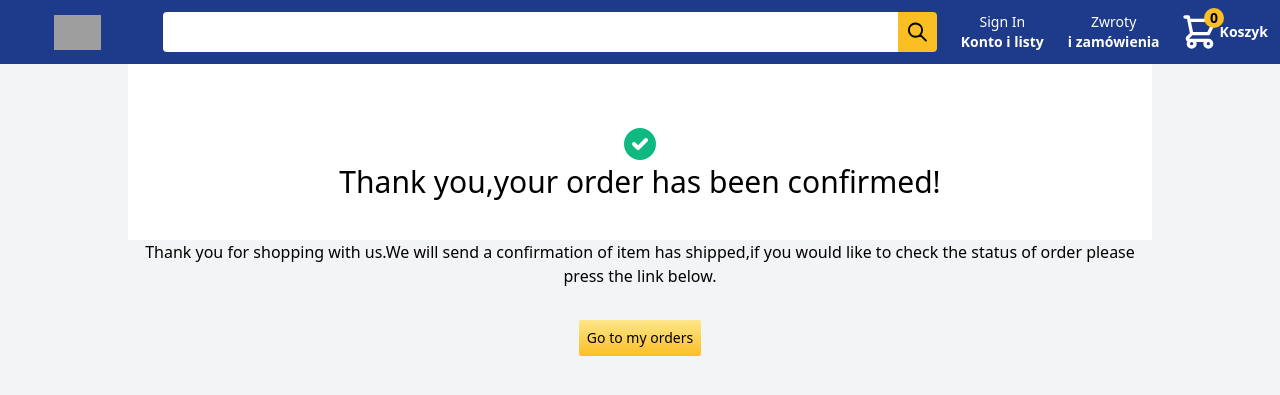
Repository: neridanek/amazon-clone-nextjs-redux-tailwind
Page: /success
These files come from the project's save history. The page is drawn as it stood at one moment and after the next save; the edit follows.
The browser window is 1280 px wide. The pictures show the whole page.
Pictures or frames that could not be fetched are drawn as grey boxes. The page's requests for data from a server got no answer. The project was rebuilt for these pictures with package versions that can differ from the ones it lists, and the page was loaded fresh each time. The framework's server and built-in components were replaced by stand-ins that run in the browser. No one was signed in, and anything a server would have sent is missing. Also part of the build but not shown: next.config.js.

Above is the page before, as saved 2022-02-13 21:38:30.

### pages/success.js
import React from 'react';
import { useRouter } from 'next/router';
import Header from '../src/components/Header';
import { CheckCircleIcon } from '@heroicons/react/solid';
const success = () => {
  const router = useRouter();
  return (
    <div className="bg-gray-100 h-screen text-center">
      <Header />
      <main className="max-w-screen-lg mx-auto">
        <div className="flex flex-col p-10 bg-white">
          <div className="flex items-center space-x-2 mb-5"></div>
          <CheckCircleIcon className="text-green-500 h-10" />
          <h1 className="text-3xl">Thank you,your order has been confirmed!</h1>
        </div>
        <p>
          Thank you for shopping with us.We will send a confirmation of item has
          shipped,if you would like to check the status of order please press
          the link below.
        </p>
        <button onClick={() => router.push('/orders')} className="button mt-8">
          Go to my orders
        </button>
      </main>
    </div>
  );
};

export default success;

### styles/globals.css
@tailwind base;
@tailwind components;
@tailwind utilities;

-webkit-scrollbar {
  display: none;
}
@layer components {
  .link {
    @apply cursor-pointer hover:underline;
  }
  .button {
    @apply p-2 text-xs md:text-sm bg-gradient-to-b from-yellow-200 to-yellow-400 border-yellow-300 rounded-sm
    hover:bg-yellow-400 hover:border-yellow-500;
  }
}

### redux/store.js
import {configureStore} from "@reduxjs/toolkit"
import basketReducer from '../redux/basketSlice';

export const store = configureStore({
    reducer:{
        basket:basketReducer,
    }
})

### src/components/Header.js
import React from 'react';
import Image from 'next/image';
import { SearchIcon, ShoppingCartIcon } from '@heroicons/react/outline';
import { signIn, signOut, useSession } from 'next-auth/client';
import { useRouter } from 'next/router';
import { useSelector } from 'react-redux';
import { selectItems } from '../../redux/basketSlice';

const Header = () => {
  const [session] = useSession();
  const router = useRouter();
  const items = useSelector(selectItems);

  return (
    <div className="flex items-center bg-blue-900 py-3 text-white text-sm ">
      <Image
        onClick={() => router.push('/')}
        src="https://links.papareact.com/f90"
        width={155}
        height={35}
        objectFit="contain"
        className="cursor-pointer"
      />
      <div className="flex flex-1 items-center px-10 sm:px-2">
        <input type="text" className="rounded-l h-10 w-full  text-black" />
        <SearchIcon className="text-black bg-yellow-400 rounded-r p-2 h-10" />
      </div>
      <div onClick={!session ? signIn : signOut} className="link px-5 sm:px-4 ">
        <h1>{session ? `Hello,${session.user.name}` : 'Sign In'}</h1>
        <p className="font-bold">Konto i listy</p>
      </div>
      <div onClick={() => router.push('/orders')} className="link px-5 sm:px-2">
        <h1>Zwroty</h1>
        <p className="font-bold">i zamówienia</p>
      </div>
      <div
        onClick={() => router.push('/checkout')}
        className="flex items-center px-5 sm:px-3"
      >
        <span className="absolute top-0 right-14 bg-yellow-400 h-5 w-5 text-center rounded-full text-black font-bold sm:top-2">
          {items.length}
        </span>
        <ShoppingCartIcon className="h-10" />
        <p className="link font-bold">Koszyk</p>
      </div>
    </div>
  );
};

export default Header;

### redux/basketSlice.js
import { createSlice } from '@reduxjs/toolkit'

const initialState = {
    items:[],
}

const basketSlice = createSlice({
    name: "basket",
    initialState,
    reducers: {
        removeFromBasket:(state,action)=>{
            const index = state.items.findIndex((basketItem)=>basketItem.id == action.payload.id)
            let newBasket = [...state.items]
            if (index >= 0 ){
                newBasket.splice(index,1)
            }else{
                console.warn("not in basket")
            }
            state.items = newBasket;
        },
        addToBasket:(state,action)=>{
            state.items = [...state.items,action.payload];
        },
    }
});

export const {addToBasket,removeFromBasket} = basketSlice.actions
export const selectItems = (state) => state.basket.items
export const selectTotal = (state) => state.basket.items.reduce((total,item)=>total + item.price,0)
export default basketSlice.reducer

### tailwind.config.js
module.exports = {
  content: [
    './pages/**/*.{js,ts,jsx,tsx}',
    './src/components/**/*.{js,ts,jsx,tsx}',
  ],
};

Loaded but not shown: pages/_app.js (common file)

After the next save:
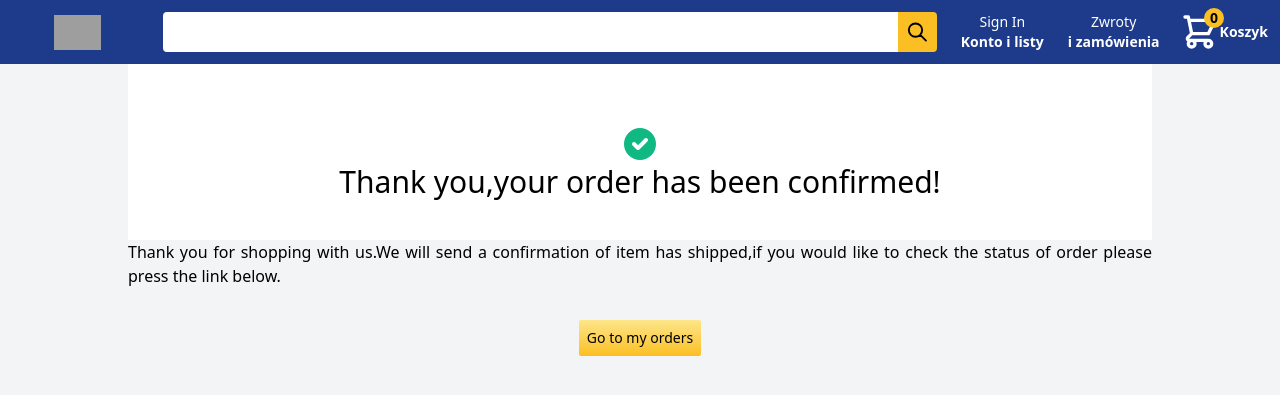
Saved 9 min 21 s later.
--- a/pages/success.js
+++ b/pages/success.js
@@ -13,7 +13,7 @@ const success = () => {
           <CheckCircleIcon className="text-green-500 h-10" />
           <h1 className="text-3xl">Thank you,your order has been confirmed!</h1>
         </div>
-        <p>
+        <p className="text-justify">
           Thank you for shopping with us.We will send a confirmation of item has
           shipped,if you would like to check the status of order please press
           the link below.
